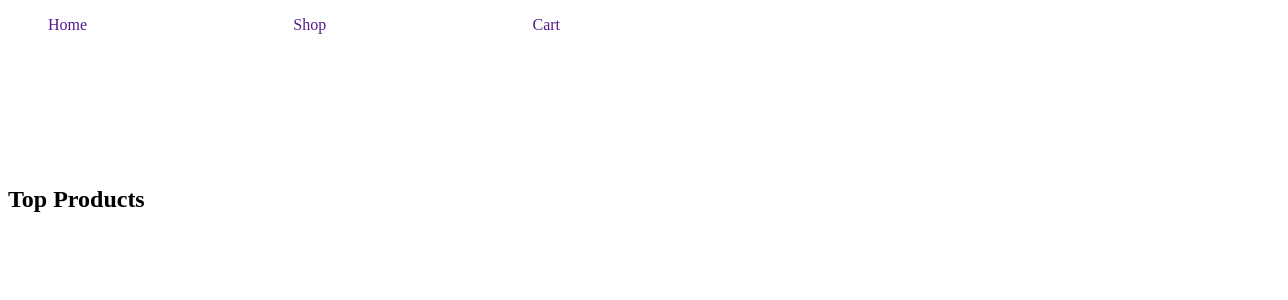
Repository: Siphamandla201/SneakerEcom
Page: http://localhost/
These files come from the project's save history. The page is drawn as it stood at one moment and after a run of saves; the edit follows.
The browser window is 1280 px wide. The page is 1288 px wide, so the pictures cover 1288 px, including what lies to the right of the window. The pictures show the whole page.
The page is run by PHP 8.4 with error messages shown; the project is at /var/www/html/.

Above is the page before, as saved 2023-08-17 09:31:02.

After the next 3 saves:
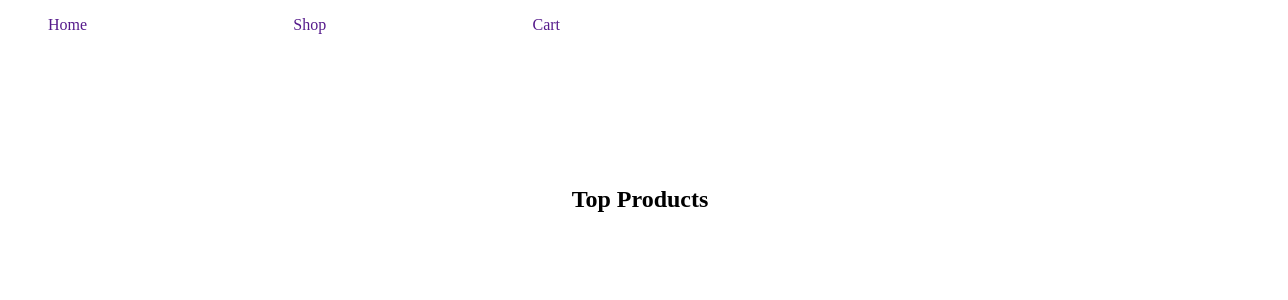
The 3 saves are shown as one change because they came seconds apart.
The last was saved 44 s later.
--- a/index.php
+++ b/index.php
@@ -23,6 +23,10 @@
 
         li a {
             text-decoration: none;
+        }
+
+        main {
+            text-align: center;
         }
     </style>
 </head>
